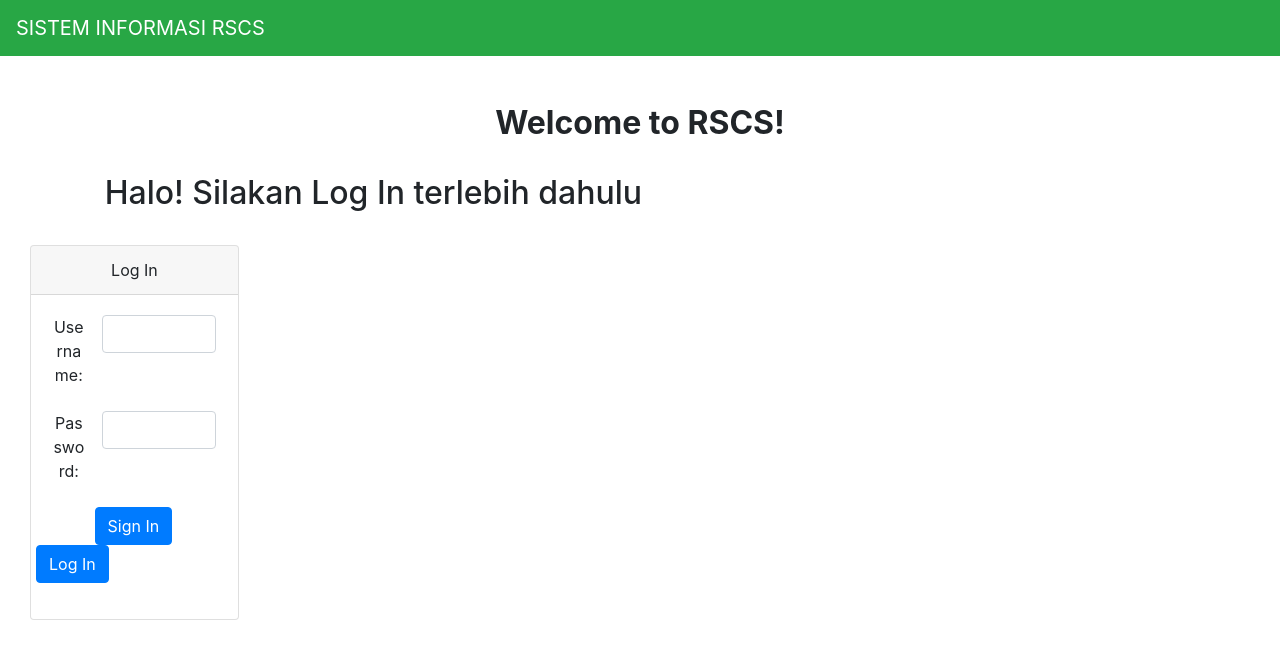
Repository: usamah1707/Tugas-Akhir-Kelompok-6
Page: http://localhost/login
These files come from the project's save history. The page is drawn as it stood at one moment and after the next save; the edit follows.
The browser window is 1280 px wide. The pictures show the whole page.
The page is this project's Thymeleaf template; nobody is signed in. The template is opened directly, without the code that normally fills it, so the values that code supplies are empty.

Above is the page before, as saved 2019-06-04 06:01:44.

### TA_6/src/main/resources/templates/login.html
<!DOCTYPE html>
<html xmlns:th="http://www.thymeleaf.org">

<head>
    <title>Home</title>

    <object th:include="fragments/fragment :: css" th:remove="tag"></object>
    <object th:include="fragments/fragment :: js" th:remove="tag"></object>
</head>

<nav th:replace="fragments/login-frag :: navbar"></nav>

<body>

    <div class="container-fluid" >

     <div class="row"  >
            <span class="col-md-3"></span>
            <div class="col-md-12">
                    <br>

      &nbsp  <h2 align = "center"><strong>Welcome to RSCS!</strong></h2>
        <br>
        <div class="row" align = "center">
            <div class="col-md-7">

    <div class="container-fluid">
        <h2 align = "center">Halo! Silakan Log In terlebih dahulu</h2>
        <br>
        <div class="row">
            <div class="col-md-4">

                <div class="card">
                    <div class="card-header">
                        Log In
                    </div>
                    <div class="card-body">
                        <div th:if="${param.error}">
                            <span style="color: red">Invalid username or password</span>
                        </div>
                        <form th:action="@{/login}" method="POST">
                            <div class="row form-group">
                                <label class="col-sm-4">Username:</label>
                                <input type="text" class="col-sm-7 form-control input-sm" name="username">
                            </div>
                            <div class="row form-group">
                                <label class="col-sm-4">Password:</label>
                                <input type="password" class="col-sm-7 form-control input-sm" name="password">
                            </div>
                            <div class="row form-group">

                            &nbsp &nbsp &nbsp &nbsp &nbsp &nbsp &nbsp<button type="submit" class="btn btn-primary">Sign In</button>

                                <button type="submit" class="btn btn-primary" style="text-align: left">Log In</button>
                            </div>
                        </form>
                    </div>
                </div>
            </div>
        </div>
    </div>
</body>

</html>

### TA_6/src/main/resources/templates/fragments/fragment.html
<!DOCTYPE html>
<html xmlns:th="http://www.thymeleaf.org">

<head>
    <title>Home</title>
	<head th:fragment="metas">
		<meta charset="utf-8">
    	<meta name="viewport" content="width=device-width, initial-scale=1, shrink-to-fit=no">
	</head>
    <head th:fragment="css">
    	<link rel="stylesheet" th:href="@{/css/style.css}">
        <link rel="stylesheet" th:href="@{/css/bootstrap.min.css}">

    </head>

    <head th:fragment="js">
    	<script
  src="https://code.jquery.com/jquery-3.3.1.js"
  integrity="sha256-2Kok7MbOyxpgUVvAk/HJ2jigOSYS2auK4Pfzbm7uH60="
  crossorigin="anonymous"></script>
        <script th:src="@{/js/bootstrap.min.js}"></script>
    </head>
</head>

<body>
    <nav th:fragment="navbar" class="navbar navbar-expand-lg navbar-dark bg-success">
        <a class="navbar-brand" th:href="@{/}">RSCS</a>
        <div class="collapse navbar-collapse" id="navbarSupportedContent">
            <ul class="navbar-nav mr-auto">
                <li class="nav-item active">
                    <a class="nav-link" th:href="@{/}">Home</a>
                </li>

                <li class="nav-item active">
                    <a class="nav-link" th:href="@{/lab/kebutuhan}">Reagen</a>
                </li>
                 <li class="nav-item active">
                    <a class="nav-link" th:href="@{/lab/pemeriksaan}">Lab</a>
                </li>
                <li class="nav-item active">
                    <a class="nav-link" th:href="@{/lab/jadwal-jaga/hihu}">Jadwal Jaga</a>
                </li>
                 <li class="nav-item active">
                    <a class="nav-link" th:href="@{/lab/stok}">Stock Lab</a>
                </li>
            </ul>
            <ul class="navbar-nav pull-right">
            	<li class="nav-item active">
            		<a class="nav-link" th:href="@{/logout}">Logout</a>
            	</li>
            </ul>
        </div>
    </nav>
</body>

</html>

### TA_6/src/main/resources/templates/fragments/login-frag.html
<!DOCTYPE html>
<html xmlns:th="http://www.thymeleaf.org">

<head>
    <title>Home</title>
    <head th:fragment="metas">
        <meta charset="utf-8">
        <meta name="viewport" content="width=device-width, initial-scale=1, shrink-to-fit=no">
    </head>
    <head th:fragment="css">
        <link rel="stylesheet" th:href="@{/css/style.css}">
        <link rel="stylesheet" th:href="@{/css/bootstrap.min.css}">

    </head>

    <head th:fragment="js">
        <script
                src="https://code.jquery.com/jquery-3.3.1.js"
                integrity="sha256-2Kok7MbOyxpgUVvAk/HJ2jigOSYS2auK4Pfzbm7uH60="
                crossorigin="anonymous"></script>
        <script th:src="@{/js/bootstrap.min.js}"></script>
    </head>
</head>

<body>
<nav th:fragment="navbar" class="navbar navbar-expand-lg navbar-dark bg-success">
    <a class="navbar-brand" style="text-align-all: center" th:href="@{/}">SISTEM INFORMASI RSCS</a>
</nav>
</body>

</html>

### TA_6/src/main/resources/static/css/style.css
body {
  background: #34495e;
  font: normal 300 18px "Roboto", sans-serif;
}

#menu-nav {
  max-width: 1000px;
  margin: 130px auto;
  background-color: #ecf0f1;
  border-radius: 4px;
  box-shadow: 0 2px 5px rgba(0, 0, 0, 0.3);
}

#navigation-bar ul {
  border-radius: 4px;
  overflow: hidden;
}
#navigation-bar li {
  float: left;
  width: 20%;
}
#navigation-bar li:hover a::before {
  right: 0;
  left: 0;
}
#navigation-bar a {
  color: #848484;
  font-size: 20px;
  text-decoration: none;
  text-align: center;
  padding: 20px 0;
  display: block;
  position: relative;
  transition: all 0.3s ease;
}
#navigation-bar a:hover {
  color: #e74c3c;
}
#navigation-bar a::before {
  content: "";
  transition: all 0.4s ease-in-out;
  position: absolute;
  right: 50%;
  left: 50%;
  bottom: 0;
  height: 2px;
  background-color: #e74c3c;
}
#navigation-bar a:hover::before {
  right: 0;
  left: 0;
}

li {
	list-style: none;
}

Loaded but not shown: TA_6/src/main/resources/static/css/bootstrap.min.css (library); TA_6/src/main/resources/static/js/bootstrap.min.js (library)

After the next save:
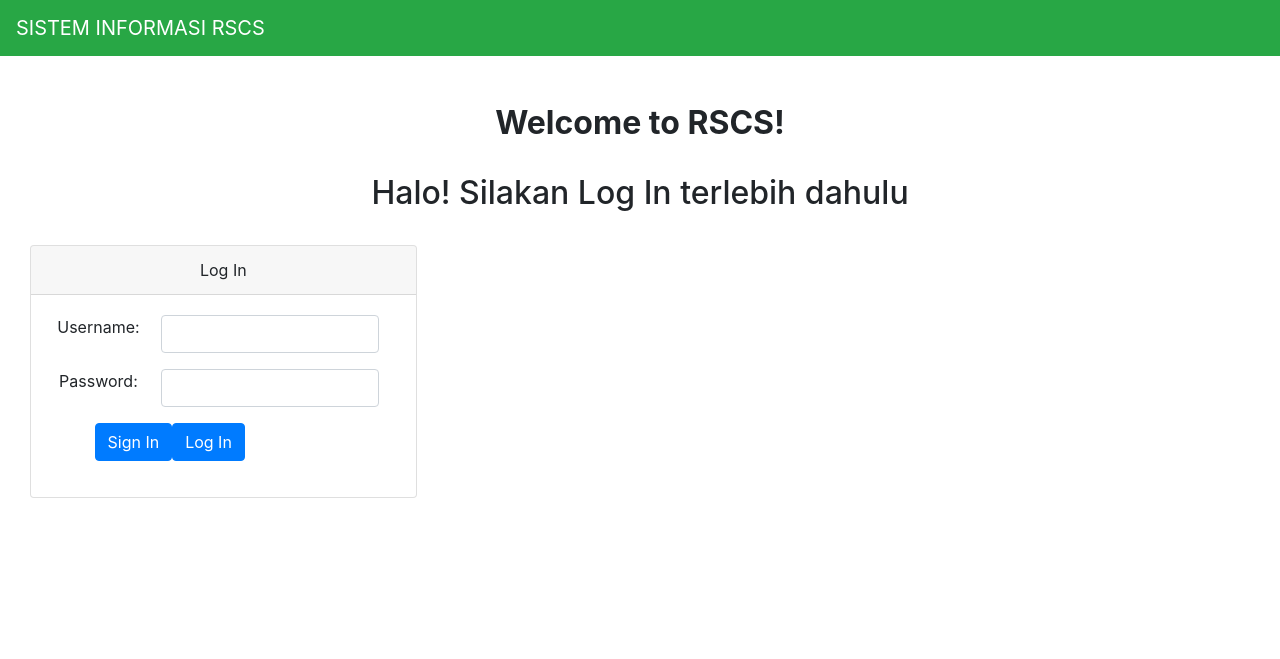
Saved 5 s later.
--- a/TA_6/src/main/resources/templates/login.html
+++ b/TA_6/src/main/resources/templates/login.html
@@ -22,7 +22,7 @@
       &nbsp  <h2 align = "center"><strong>Welcome to RSCS!</strong></h2>
         <br>
         <div class="row" align = "center">
-            <div class="col-md-7">
+            <div class="col-md-12">
 
     <div class="container-fluid">
         <h2 align = "center">Halo! Silakan Log In terlebih dahulu</h2>
